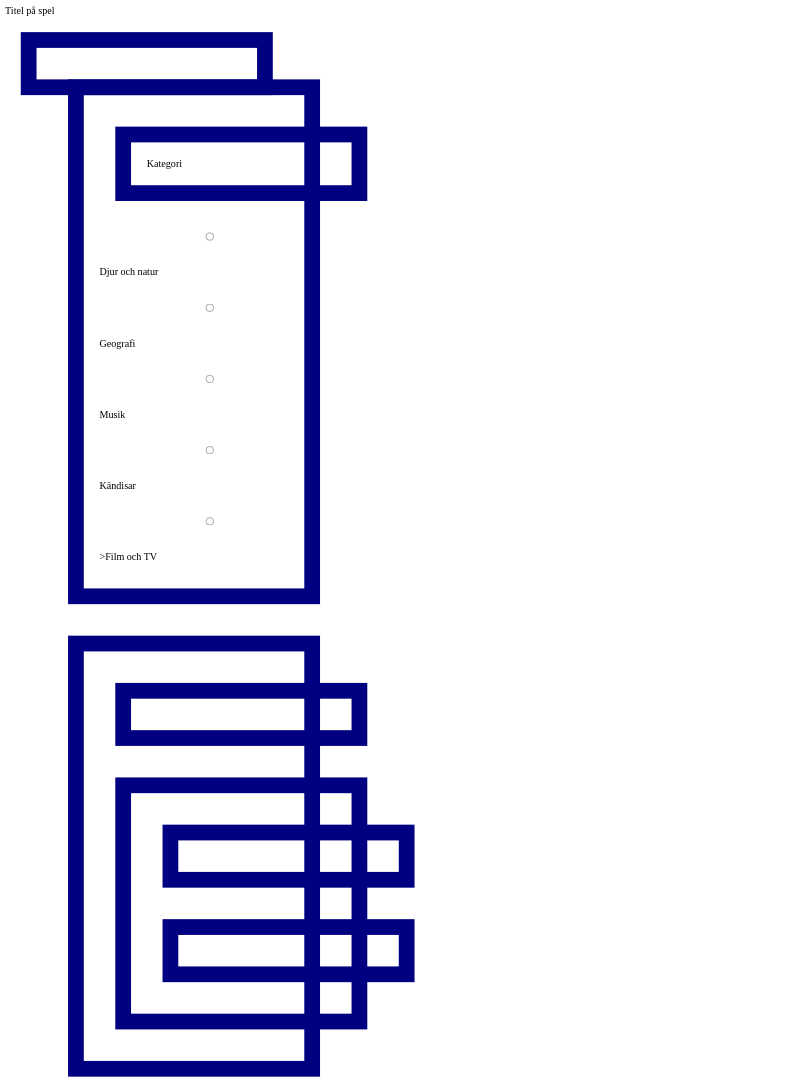
Repository: ed222gg/project2
Page: pages/start.html
The author's editor kept a record of every edit. The page is drawn from the files as they stood at one moment, then again after the next edit.
The browser window is 1280 px wide. The pictures show the whole page, at 63% of full size.

Above is the page before.

After the next edit:
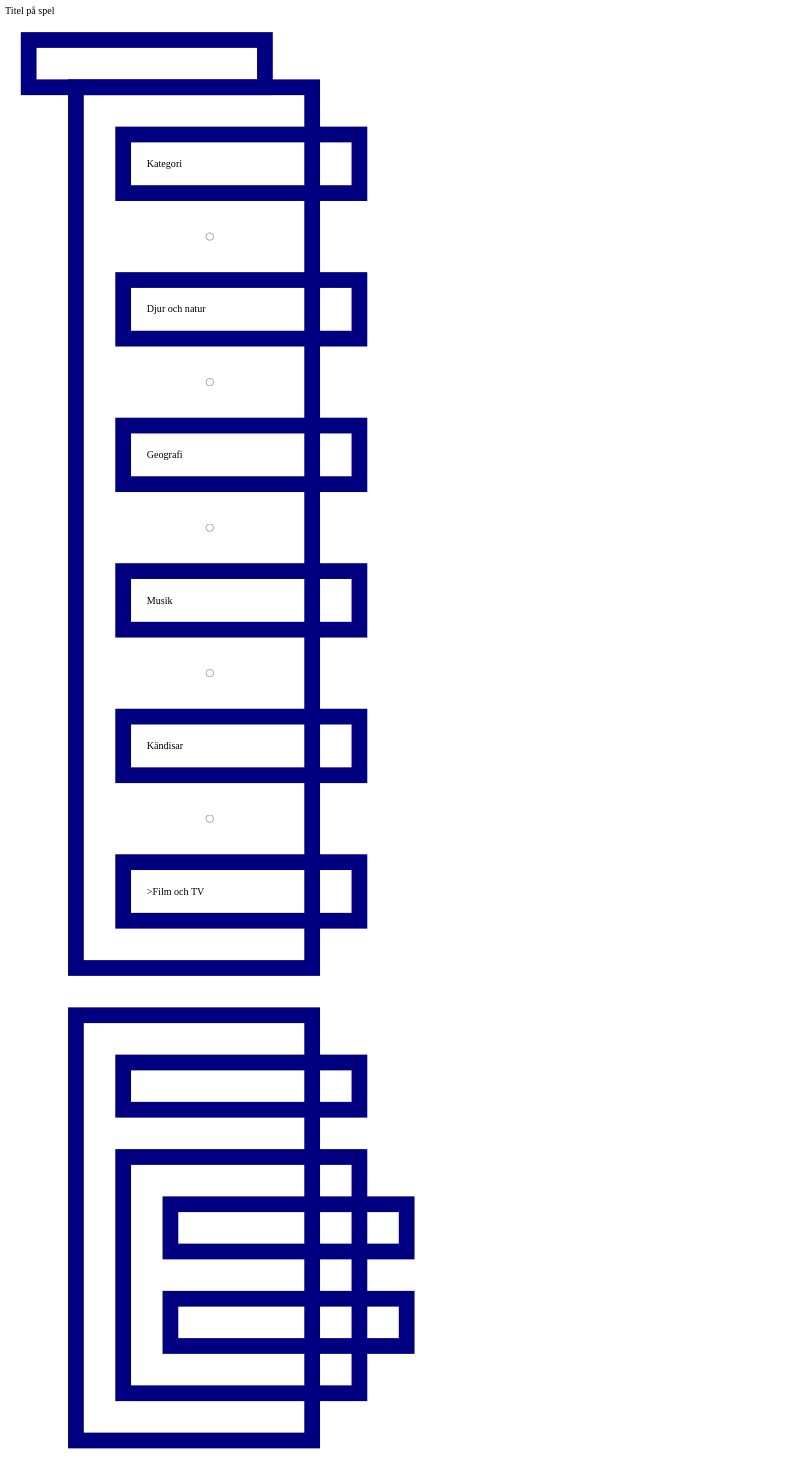
The edit:
--- a/css/style.css
+++ b/css/style.css
@@ -64,5 +64,11 @@
     margin: 25px;
 
 }
+p{  float:left;
+     width: 300px;
+    padding: 25px;
+    border: 25px solid navy;
+    margin: 25px;
+}
 
 #test{}
